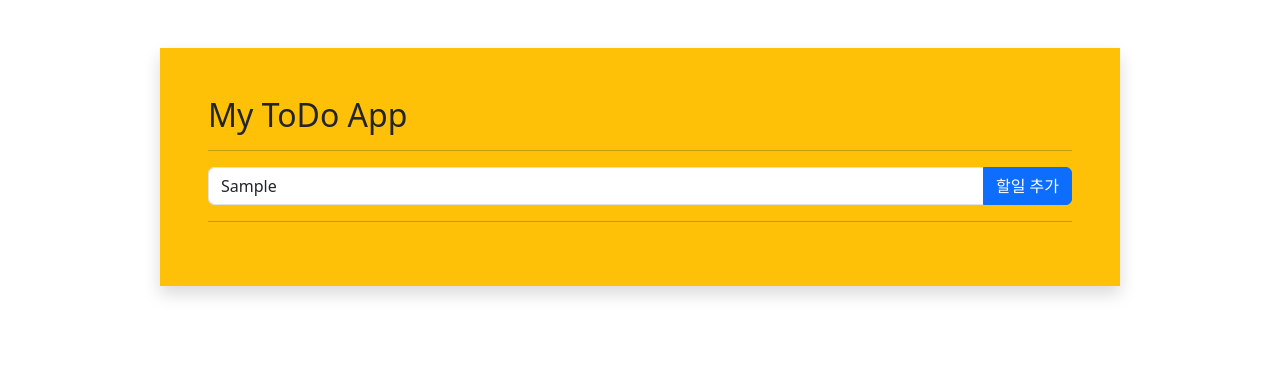
Repository: gold9387/jwbook
Page: jwbook/src/main/webapp/ch03/todoapp.html
These files come from the project's save history. The page is drawn as it stood at one moment and after the next save; the edit follows.
The browser window is 1280 px wide. The pictures show the whole page.
Empty fields were first filled with sample values (such as "Sample", 5 or name@example.com).
After loading, the first visible `button.btn` was clicked once.

Above is the page before, as saved 2023-06-05 11:55:32.

After the next save:
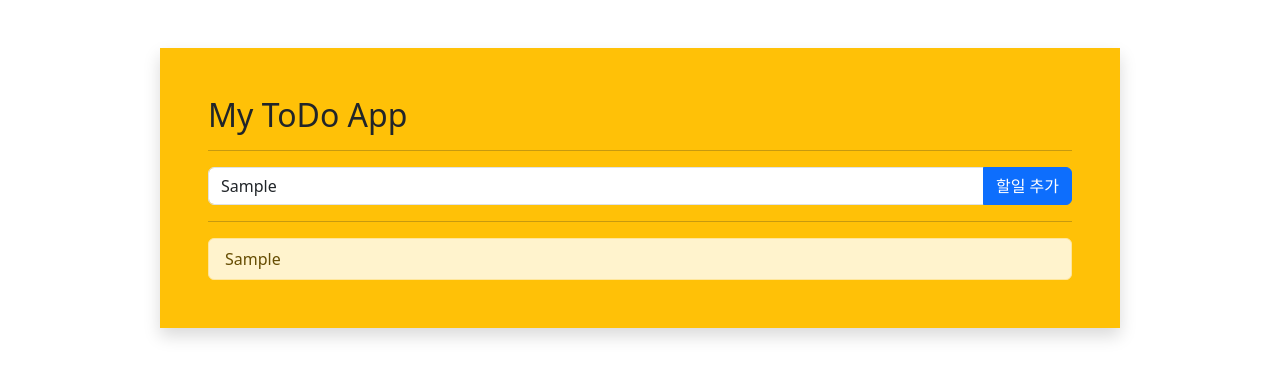
Saved 34 s later.
--- a/jwbook/src/main/webapp/ch03/todoapp.html
+++ b/jwbook/src/main/webapp/ch03/todoapp.html
@@ -14,6 +14,8 @@
 			let list = document.querySelector("#todolist");
 			let listitem = document.createElement("li");
 			listitem.className = "d-flex list-group-item list-group-item-action list-group-item-warning";
+			listitem.innerText = todo.value;
+			list.appendChild(listitem);
 		}
 	</script>
 </head>
